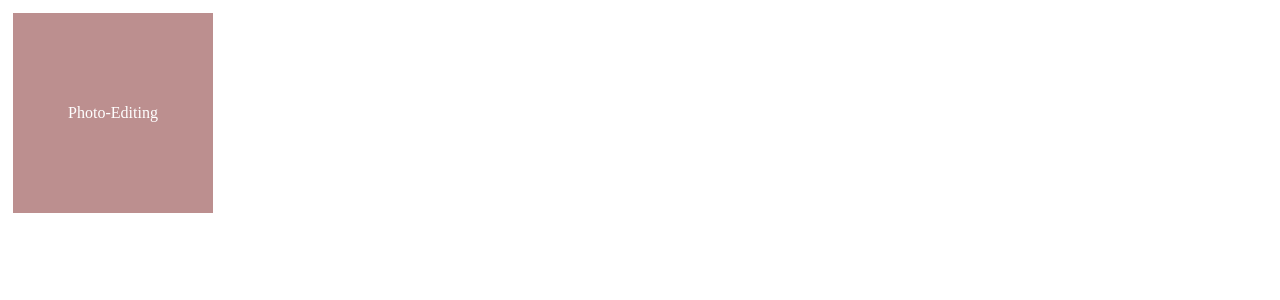
Repository: josephinel6/simple-editing
Page: index.html
The author's editor kept a copy of each file at every save. The page is drawn from the files as they stood at one save, then again after a run of saves.
The browser window is 1280 px wide. The pictures show the whole page.
The page's requests for data from a server got no answer.

Above is the page before, as saved 2023-05-23 09:57:40.

### index.html
<html>

<head>
    <script src="https://ajax.googleapis.com/ajax/libs/jquery/3.6.4/jquery.min.js"></script>
    <link rel="stylesheet" href="style.css">
    <script src="script.js"></script>
</head>

<body>
    <div id="nav-placeholder"></div>
    <div class="box">
        <div class="boxinside" onclick="location.href='testquiz.html'">
            <div class="box-front"
                style="display: flex; justify-content: center; align-items: center; background-color:rosybrown">
                Photo-Editing </div>
            <div class="box-back" style="display: flex; justify-content: center; align-items: center">
                Test </div>
        </div>
    </div>
    <!-- <div class="box">
        <div class="boxinside" onclick="location.href = 'mathquiz.html'">
            <div class="box-front"
                style="display: flex; justify-content: center; align-items: center; background-color:plum">
                Math </div>
            <div class="box-back" style="display: flex; justify-content: center; align-items: center"> This is a
                math quiz </div>
        </div>
    </div>
    <div class="box">
        <div class="boxinside" onclick="location.href = 'createnewquiz.html'">
            <div class="box-front"
                style="display: flex; justify-content: center; align-items: center; background-color:plum; font-size: 50px">
                +
            </div>
            <div class="box-back" style="display: flex; justify-content: center; align-items: center"> Unavailable
            </div>
        </div>
    </div> -->

</body>

</html>

### style.css
 .box {
     height: 200px;
     width: 200px;
     background-color: transparent;
     margin: 5px;
     display: inline-block;
 }

 .boxinside {
     position: relative;
     width: 100%;
     height: 100%;
     text-align: center;
     transition: transform 0.8s;
     transform-style: preserve-3d;
 }

 .box:hover .boxinside {
     transform: rotateY(180deg);
 }

 .box-front,
 .box-back {
     position: absolute;
     width: 100%;
     height: 100%;
     backface-visibility: hidden;
 }

 .box-front {
     color: white;
 }

 .box-back {
     background-color: lightgrey;
     color: black;
     transform: rotateY(180deg);
 }

### script.js
$(function () {
    $("#nav-placeholder").load("https://josephinel6.github.io/simple-editing/navigation.html");
});

After the next 2 saves:
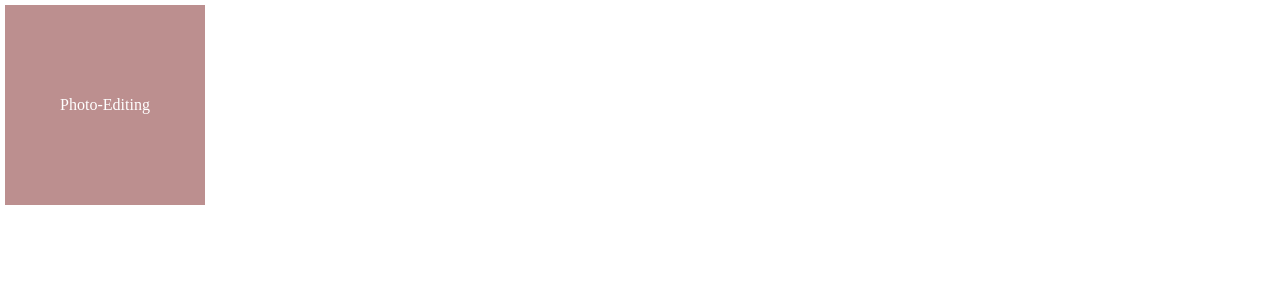
The 2 saves are shown as one change because they came seconds apart.
The last was saved 9 s later.
--- a/style.css
+++ b/style.css
@@ -36,3 +36,8 @@
      color: black;
      transform: rotateY(180deg);
  }
+
+ body {
+     margin: 0;
+     padding: 0;
+ }
